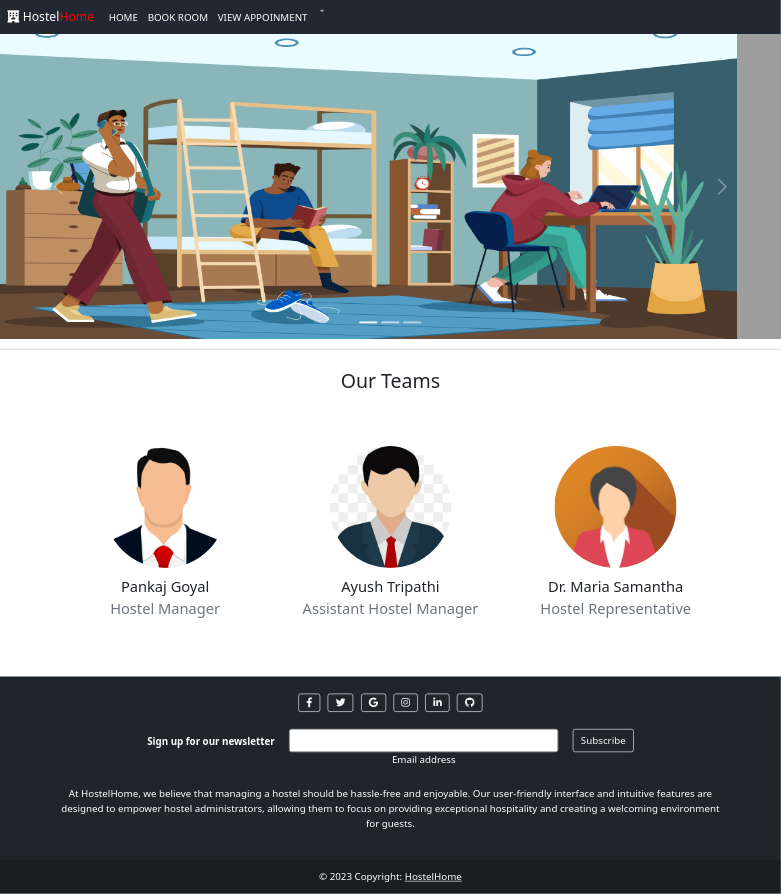
Repository: SparshGarg1/Hostel_Managment_System
Page: http://localhost/Hostel/studentbookroom.jsp
An editor plug-in stored every save of this project. The page is shown before and after a run of saves, followed by the edit.
The browser window is 1280 px wide. The pictures show the whole page, at 61% of full size.
Pictures or frames that could not be fetched are drawn as grey boxes. Some web libraries are served in a nearby version. The page is served by Tomcat 9. Other server files are loaded and not shown. Queries for data that is not in the repository find no rows.

Above is the page before, as saved 2023-06-18 02:36:41.

### Hostel/WebContent/studentbookroom.jsp
<%@page import="java.sql.ResultSet"%>
<%@page errorPage="component/error.jsp" %>
<%@ include file="component/db.jsp" %>
<%@ page language="java" contentType="text/html; charset=ISO-8859-1"
    pageEncoding="ISO-8859-1"%>
<!DOCTYPE html PUBLIC "-//W3C//DTD HTML 4.01 Transitional//EN" "http://www.w3.org/TR/html4/loose.dtd">
<html>
<head>
<meta http-equiv="Content-Type" content="text/html; charset=ISO-8859-1">
<title>Insert title here</title>
<%@ include file="component/allcss.jsp" %>
</head>
<body>
<!-- Fetching Detail os User -->
<%
	HttpSession ses = request.getSession();
	String email = (String) ses.getAttribute("email");
	String qrp = "select * from student where email=?";
	PreparedStatement ps = con.prepareStatement(qrp);
	ps.setString(1, email);
	String name="";
	ResultSet rsp = ps.executeQuery();
	if(rsp.next())
	{
	name = rsp.getString("name");
	}
%>

<!-- Navbar -->
<nav class="navbar navbar-expand-lg navbar-dark" style="background-color:#222831;">
  <div class="container-fluid">
<a class="navbar-brand" href="index.jsp"><i class="fas fa-hotel"></i> Hostel<span style="color:red;">Home</span></a>
    <button class="navbar-toggler" type="button" data-bs-toggle="collapse" data-bs-target="#navbarSupportedContent" aria-controls="navbarSupportedContent" aria-expanded="false" aria-label="Toggle navigation">
      <span class="navbar-toggler-icon"></span>
    </button>
    <div class="collapse navbar-collapse" id="navbarSupportedContent">
      <ul class="navbar-nav  mb-2 mb-lg-0">
        <li class="nav-item">
          <a class="nav-link active" aria-current="page" href="userportal.jsp">HOME</a>
        </li>
        <li class="nav-item">
          <a class="nav-link active" aria-current="page" href="studentbookroom.jsp">BOOK ROOM</a>
        </li>
        <li class="nav-item">
          <a class="nav-link active" aria-current="page" href="userviewappoinment.jsp">VIEW APPOINMENT</a>
        </li>
        <li class="nav-item dropdown">
          <a class="nav-link dropdown-toggle" href="#" id="navbarDropdown" role="button" data-bs-toggle="dropdown" aria-expanded="false">
           <%=name %>
          </a>
          <ul class="dropdown-menu" aria-labelledby="navbarDropdown">
          	<li><a class="dropdown-item" href="userchangepassword.jsp?email=<%= email %>">Change Password</a></li>
            <li><a class="dropdown-item" href="UserLogout">Logout</a></li>
          </ul>
        </li>
      </ul>
    </div>
  </div>
</nav>

<!-- index page code copy as page should look same  -->
<div id="carouselExampleIndicators" class="carousel slide" data-bs-ride="carousel">
  <div class="carousel-indicators">
    <button type="button" data-bs-target="#carouselExampleIndicators" data-bs-slide-to="0" class="active" aria-current="true" aria-label="Slide 1"></button>
    <button type="button" data-bs-target="#carouselExampleIndicators" data-bs-slide-to="1" aria-label="Slide 2"></button>
    <button type="button" data-bs-target="#carouselExampleIndicators" data-bs-slide-to="2" aria-label="Slide 3"></button>
  </div>
  <div class="carousel-inner">
    <div class="carousel-item active">
      <img src="img/hos1.jpg" class="d-block w-100" alt="..." height="500px">
    </div>
    <div class="carousel-item">
      <img src="img/hos2.jpg" class="d-block w-100" alt="..." height="500px">
    </div>
    <div class="carousel-item">
      <img src="img/hos3.jpg" class="d-block w-100" alt="..." height="500px">
    </div>
  </div>
  <button class="carousel-control-prev" type="button" data-bs-target="#carouselExampleIndicators" data-bs-slide="prev">
    <span class="carousel-control-prev-icon" aria-hidden="true"></span>
    <span class="visually-hidden">Previous</span>
  </button>
  <button class="carousel-control-next" type="button" data-bs-target="#carouselExampleIndicators" data-bs-slide="next">
    <span class="carousel-control-next-icon" aria-hidden="true"></span>
    <span class="visually-hidden">Next</span>
  </button>
</div>


<hr>


<div class="container p-3">
<h1 class="text-center fs-2">Our Teams</p>
<div class="py-5 text-center text-info background-info" style="">
<div class="container">
<div class="row">
<div class="col-lg-4 col-md-6 p-4"> <img class="img-fluid d-block mb-3 mx-auto rounded-circle" alt="Card image cap" width="200" src="img/doc-1.jpg">
<h4 class="text-dark">Pankaj Goyal</h4>
<h4 class="mb-0 text-secondary">Hostel Manager</h4>
</div>
<div class="col-lg-4 col-md-6 p-4"> <img class="img-fluid d-block mb-3 mx-auto rounded-circle" src="img/doc-2.jpg" alt="Card image cap" width="200">
<h4 class="text-dark">Ayush Tripathi</h4>
<h4 class="mb-0 text-secondary">Assistant Hostel Manager</h4>
</div>
<div class="col-lg-4 p-4"> <img class="img-fluid d-block mb-3 mx-auto rounded-circle" src="img/doc-3.jpg" width="200">
<h4 class="text-dark">Dr. Maria Samantha</h4>
<h4 class="mb-0 text-secondary">Hostel Representative</h4>
</div>
</div>
</div>
</div>
</div>


<!-- Footer -->
<footer class="bg-dark text-center text-white">
  <!-- Grid container -->
  <div class="container p-4">
    <!-- Section: Social media -->
    <section class="mb-4">
      <!-- Facebook -->
      <a class="btn btn-outline-light btn-floating m-1" href="#!" role="button"
        ><i class="fab fa-facebook-f"></i
      ></a>

      <!-- Twitter -->
      <a class="btn btn-outline-light btn-floating m-1" href="#!" role="button"
        ><i class="fab fa-twitter"></i
      ></a>

      <!-- Google -->
      <a class="btn btn-outline-light btn-floating m-1" href="#!" role="button"
        ><i class="fab fa-google"></i
      ></a>

      <!-- Instagram -->
      <a class="btn btn-outline-light btn-floating m-1" href="#!" role="button"
        ><i class="fab fa-instagram"></i
      ></a>

      <!-- Linkedin -->
      <a class="btn btn-outline-light btn-floating m-1" href="#!" role="button"
        ><i class="fab fa-linkedin-in"></i
      ></a>

      <!-- Github -->
      <a class="btn btn-outline-light btn-floating m-1" href="#!" role="button"
        ><i class="fab fa-github"></i
      ></a>
    </section>
    <!-- Section: Social media -->

    <!-- Section: Form -->
    <section class="">
      <form action="">
        <!--Grid row-->
        <div class="row d-flex justify-content-center">
          <!--Grid column-->
          <div class="col-auto">
            <p class="pt-2">
              <strong>Sign up for our newsletter</strong>
            </p>
          </div>
          <!--Grid column-->

          <!--Grid column-->
          <div class="col-md-5 col-12">
            <!-- Email input -->
            <div class="form-outline form-white mb-4">
              <input type="email" id="form5Example21" class="form-control" />
              <label class="form-label" for="form5Example21">Email address</label>
            </div>
          </div>
          <!--Grid column-->

          <!--Grid column-->
          <div class="col-auto">
            <!-- Submit button -->
            <button type="submit" class="btn btn-outline-light mb-4">
              Subscribe
            </button>
          </div>
          <!--Grid column-->
        </div>
        <!--Grid row-->
      </form>
    </section>
    <!-- Section: Form -->

    <!-- Section: Text -->
    <section class="mb-4">
      <p>
       At HostelHome, we believe that managing a hostel should be hassle-free and enjoyable. Our user-friendly interface and
       intuitive features are designed to empower hostel administrators, allowing them to focus on providing exceptional
        hospitality and creating a welcoming environment for guests.


      </p>
    </section>

    <!-- Section: Links -->
  </div>
  <!-- Grid container -->

  <!-- Copyright -->
  <div class="text-center p-3" style="background-color: rgba(0, 0, 0, 0.2);">
    © 2023 Copyright:
    <a class="text-white" href="index.jsp">HostelHome</a>
  </div>
  <!-- Copyright -->
</footer>
<!-- Footer -->


</body>
</html>

### Hostel/WebContent/component/db.jsp

<%@page import="java.sql.Connection" %>
<%@page import="java.sql.DriverManager" %>
<%@page import="java.sql.PreparedStatement" %>
<%
Class.forName("com.mysql.jdbc.Driver");
Connection con=DriverManager.getConnection("jdbc:mysql://localhost:3306/hostel","root","sparsh1574");
%>

### Hostel/WebContent/component/allcss.jsp
<link rel="stylesheet" href="https://cdnjs.cloudflare.com/ajax/libs/font-awesome/6.1.2/css/all.min.css" integrity="sha512-1sCRPdkRXhBV2PBLUdRb4tMg1w2YPf37qatUFeS7zlBy7jJI8Lf4VHwWfZZfpXtYSLy85pkm9GaYVYMfw5BC1A==" crossorigin="anonymous" referrerpolicy="no-referrer" />
<link href="https://cdn.jsdelivr.net/npm/bootstrap@5.0.2/dist/css/bootstrap.min.css" rel="stylesheet" integrity="sha384-EVSTQN3/azprG1Anm3QDgpJLIm9Nao0Yz1ztcQTwFspd3yD65VohhpuuCOmLASjC" crossorigin="anonymous">
<script src="https://cdn.jsdelivr.net/npm/bootstrap@5.0.2/dist/js/bootstrap.bundle.min.js" integrity="sha384-MrcW6ZMFYlzcLA8Nl+NtUVF0sA7MsXsP1UyJoMp4YLEuNSfAP+JcXn/tWtIaxVXM" crossorigin="anonymous"></script>

After the next 2 saves:
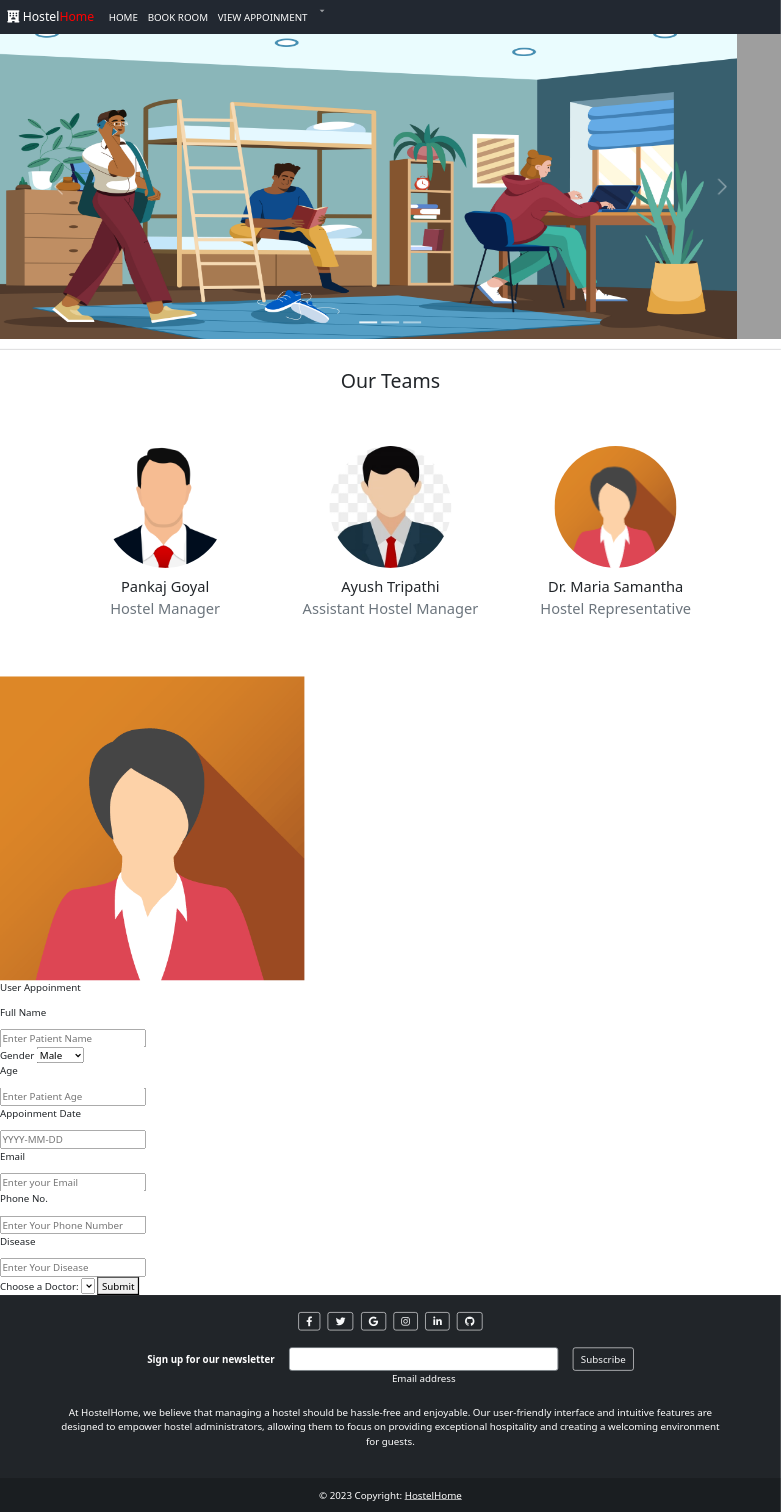
The 2 saves are shown as one change because they came seconds apart.
The last was saved 2 min 28 s later.
--- a/Hostel/WebContent/studentbookroom.jsp
+++ b/Hostel/WebContent/studentbookroom.jsp
@@ -112,6 +112,84 @@
 </div>
 </div>
 
+<!-- Form -->
+<div class="main">
+    <div class="image">
+        <img src="img/doc-3.jpg" alt="">
+    </div>
+    <div class="contain">
+        <p class="head">User Appoinment</p>
+        <form action="UserAppoinmentSubmit?email=<%=email %>" method="post">
+        <div class="bo">
+            <p>Full Name</p>
+            <div>
+                <input type="text" name="name" placeholder="Enter Patient Name">
+            </div>
+        </div>
+        <label for="gender" class="bo">Gender</label>
+            <select id="gender" name="gender" >
+             <option value="Male">Male</option>
+             <option value="Female">Female</option>
+             <option value="Others">Others</option>
+        </select>
+        <div class="bo">
+            <p>Age</p>
+            <div>
+                <input type="text" name="age" placeholder="Enter Patient Age">
+            </div>
+        </div>
+        <div class="bo">
+            <p>Appoinment Date</p>
+            <div>
+                <input type="text" name="appdate" placeholder="YYYY-MM-DD">
+            </div>
+        </div>
+        <div class="bo">
+            <p>Email</p>
+            <div>
+                <input type="email" name="email" placeholder="Enter your Email">
+            </div>
+        </div>
+        <div class="bo">
+            <p>Phone No.</p>
+            <div>
+                <input type="text" name="mobile" placeholder="Enter Your Phone Number">
+            </div>
+        </div>
+        <div class="bo">
+            <p>Disease</p>
+            <div>
+                <input type="text" name="Disease" placeholder="Enter Your Disease">
+            </div>
+        </div>
+
+        <label for="doctor" class="bo">Choose a Doctor:</label>
+            <select id="doctor" name="doctor" >
+            <%
+            	String qr1 = "select * from doctor";
+            	PreparedStatement ps1 = con.prepareStatement(qr1);
+            	ResultSet rs1 = ps1.executeQuery();
+            	if(rs1.next())
+            	{
+            		do
+            		{
+            			int id = rs1.getInt("id");
+            			String dname = rs1.getString("name");
+            			%>
+
+            			<option value=<%=id%>><%=dname%></option>
+            			<%
+            		}
+            		while(rs1.next());
+            	}
+            	con.close();
+            %>
+        </select>
+
+        <button type="submit"  class="loginBtn">Submit</button>
+        </form>
+    </div>
+</div>
 
 <!-- Footer -->
 <footer class="bg-dark text-center text-white">
